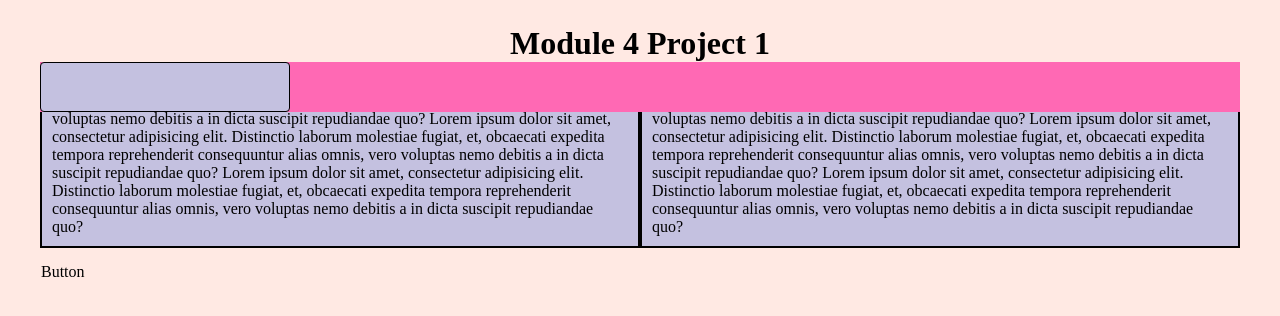
Repository: mlmEFSC21/P6-External-Style-Sheet
Page: index.html
These files come from the project's save history. The page is drawn as it stood at one moment and after the next save; the edit follows.
The browser window is 1280 px wide. The pictures show the whole page.

Above is the page before, as saved 2022-02-13 17:03:11.

### index.html
<!DOCTYPE html>
<html lang="en">
    <head>
        <meta charset="UTF-8" />
        <meta http-equiv="X-UA-Compatible" content="IE=edge" />
        <meta name="viewport" content="width=device-width, initial-scale=1.0" />
        <link rel="stylesheet" href="Styles.css" />
        <title>External Style Sheets</title>
    </head>
    <header><h1>Module 4 Project 1</h1></header>
    <body>
        <div class="floatContainer">
            <div>
                <p class="p1">
                    Lorem ipsum dolor sit amet, consectetur adipisicing elit. Distinctio laborum
                    molestiae fugiat, et, obcaecati expedita tempora reprehenderit consequuntur
                    alias omnis, vero voluptas nemo debitis a in dicta suscipit repudiandae quo?
                    Lorem ipsum dolor sit amet, consectetur adipisicing elit. Distinctio laborum
                    molestiae fugiat, et, obcaecati expedita tempora reprehenderit consequuntur
                    alias omnis, vero voluptas nemo debitis a in dicta suscipit repudiandae quo?
                    Lorem ipsum dolor sit amet, consectetur adipisicing elit. Distinctio laborum
                    molestiae fugiat, et, obcaecati expedita tempora reprehenderit consequuntur
                    alias omnis, vero voluptas nemo debitis a in dicta suscipit repudiandae quo?
                </p>
            </div>
            <div>
                <p class="p2">
                    Lorem ipsum dolor sit amet, consectetur adipisicing elit. Distinctio laborum
                    molestiae fugiat, et, obcaecati expedita tempora reprehenderit consequuntur
                    alias omnis, vero voluptas nemo debitis a in dicta suscipit repudiandae quo?
                    Lorem ipsum dolor sit amet, consectetur adipisicing elit. Distinctio laborum
                    molestiae fugiat, et, obcaecati expedita tempora reprehenderit consequuntur
                    alias omnis, vero voluptas nemo debitis a in dicta suscipit repudiandae quo?
                    Lorem ipsum dolor sit amet, consectetur adipisicing elit. Distinctio laborum
                    molestiae fugiat, et, obcaecati expedita tempora reprehenderit consequuntur
                    alias omnis, vero voluptas nemo debitis a in dicta suscipit repudiandae quo?
                </p>
            </div>
        </div>
        <div class="button"><a href="" class="button">Button</a></div>
    </body>
</html>

### Styles.css
:root {
    /* --clr-font: black; */
    --clr-background: #ffe9e3;
    --clr-buttonBG: #c4c1e0;
    --clr-buttonHover: #7c73e6;
}
*,
*::before,
*::after {
    margin: 0;
    padding: 0;
    box-sizing: border-box;
}
header {
    text-align: center;
}
body {
    background-color: var(--clr-background);
    color: black;
    margin: 10px 25px;
    padding: 15px;
}
p {
    margin-bottom: 15px;
    padding: 10px;
    background-color: var(--clr-buttonBG);
}
.p1 {
    border: 2px solid black;
    float: left;
    width: 50%;
}
.p2 {
    border: 2px solid black;
    float: right;
    width: 50%;
}
.p2::after {
    content: "";
    clear: both;
}
div.button {
    position: relative;
    top: 0;
    left: 0;
    right: 0;
    bottom: 0;
    /* width: 250px;
    height: 50px; */
    background-color: hotpink;
}
a {
    text-decoration: none;
}
a.button {
    display: block;
    border: 1px solid black;
    border-radius: 4px;
    width: 250px;
    height: 50px;
    background-color: var(--clr-buttonBG);
    color: var(--clr-button);
}
a.button:hover {
    background-color: var(--clr-buttonHover);
    color: var(--clr-buttonHover);
    cursor: pointer;
}

After the next save:
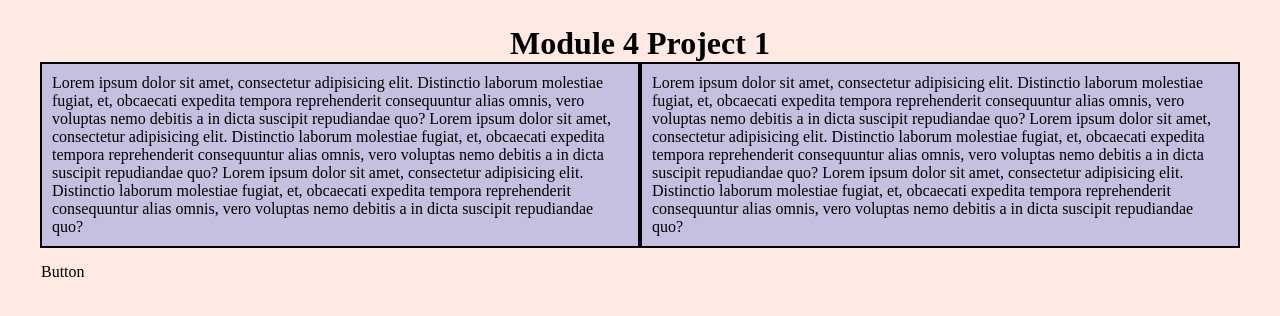
Saved 20 s later.
--- a/Styles.css
+++ b/Styles.css
@@ -40,11 +40,6 @@ p {
     clear: both;
 }
 div.button {
-    position: relative;
-    top: 0;
-    left: 0;
-    right: 0;
-    bottom: 0;
     /* width: 250px;
     height: 50px; */
     background-color: hotpink;
